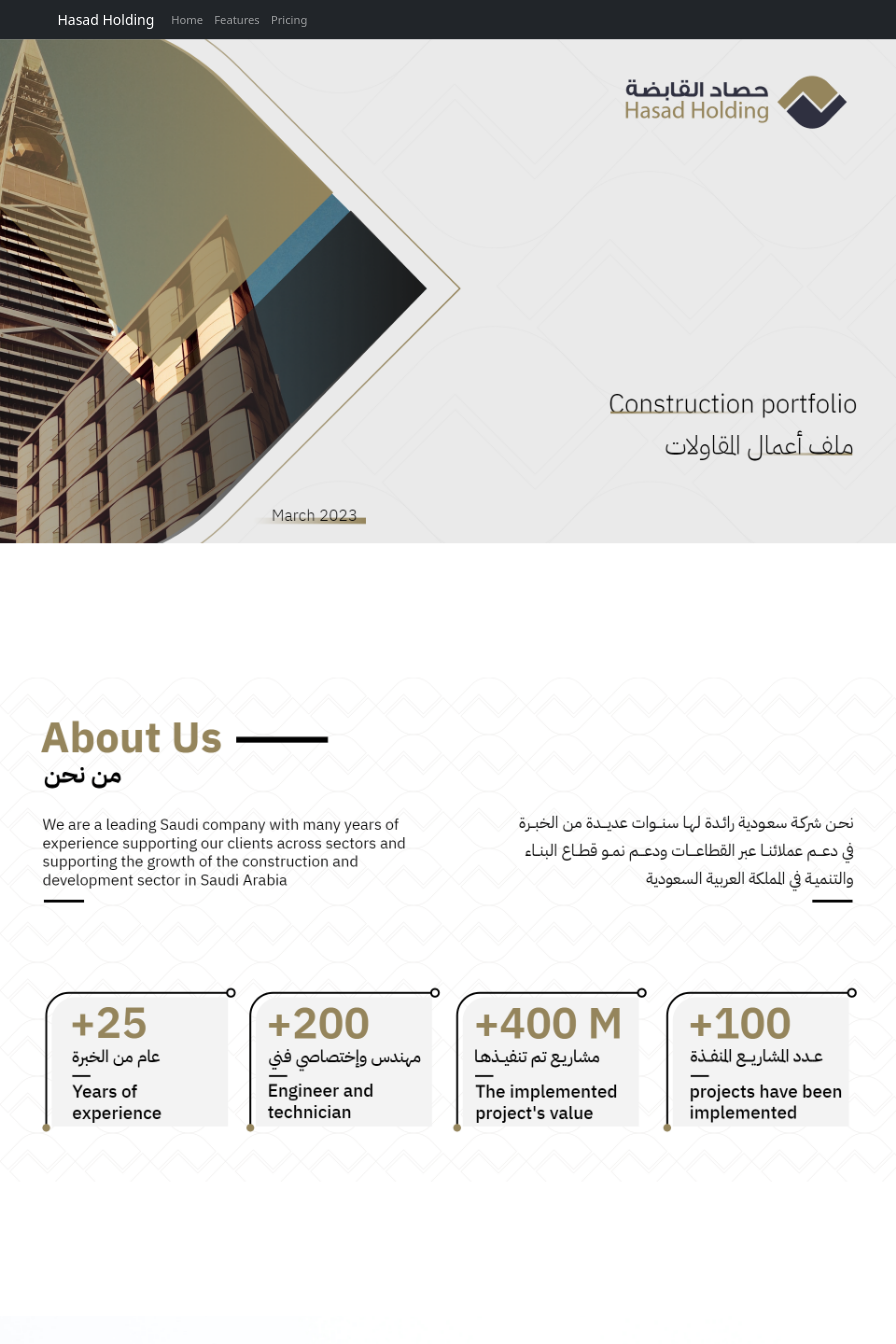
Repository: shahzaibrehman123/hasad-holding
Page: /
An editor plug-in stored every save of this project. The page is shown before and after the next save, followed by the edit.
The browser window is 1280 px wide. The pictures show the part of the page from y = 0 to 1920 px (the page is 6978 px tall), at 70% of full size.
The project was rebuilt for these pictures with package versions that can differ from the ones it lists, and the page was loaded fresh each time.

Above is the page before, as saved 2023-11-07 16:31:16.

After the next save:
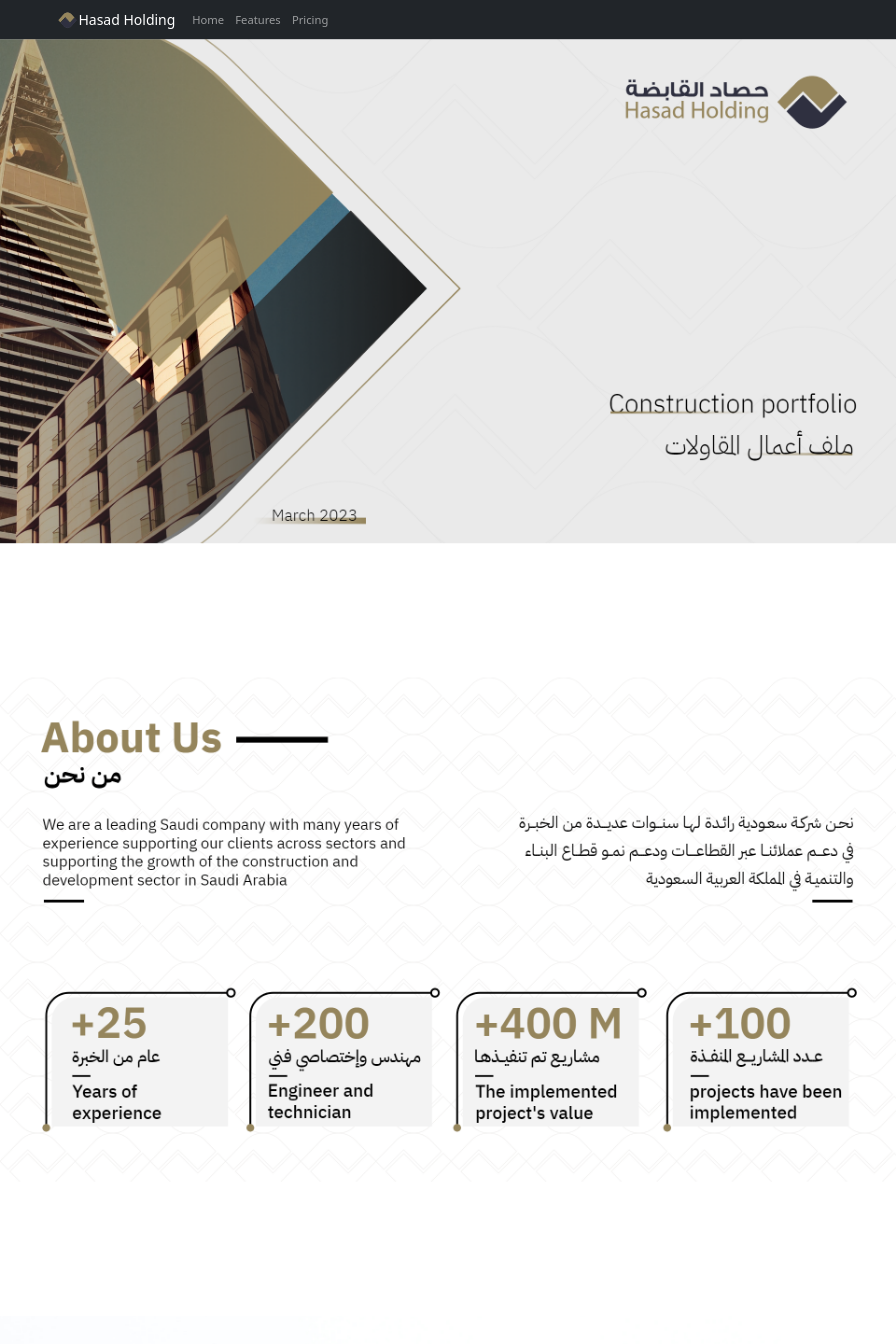
Saved 6 min 32 s later.
--- a/src/components/Header/Header.jsx
+++ b/src/components/Header/Header.jsx
@@ -2,12 +2,20 @@
 import Container from "react-bootstrap/Container";
 import Nav from "react-bootstrap/Nav";
 import Navbar from "react-bootstrap/Navbar";
+import logo from "../../logo.png"
 
 function Header() {
   return (
     <>
       <Navbar bg="dark" data-bs-theme="dark">
         <Container>
+        <img
+              alt="logo"
+              src={logo}
+              width="30"
+              height="30"
+              className="d-inline-block align-top"
+            />{' '}
           <Navbar.Brand href="/">Hasad Holding</Navbar.Brand>
           <Nav className="me-auto">
             <Nav.Link href="#home">Home</Nav.Link>
